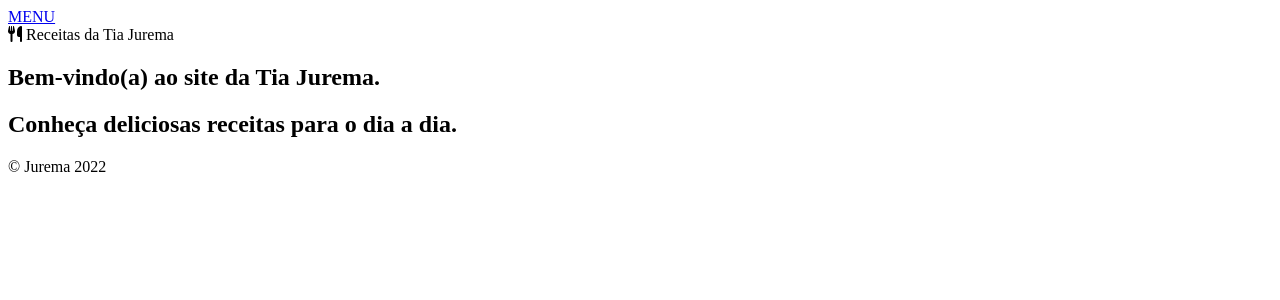
Repository: devropaes/RECEITAS
Page: OneDrive/Área de Trabalho/Estudos/Estácio/receitas/home.html
An editor plug-in stored every save of this project. The page is shown before and after the next save, followed by the edit.
The browser window is 1280 px wide. The pictures show the whole page.
Some web libraries are served in a nearby version.

Above is the page before, as saved 2024-03-11 20:43:49.

After the next save:
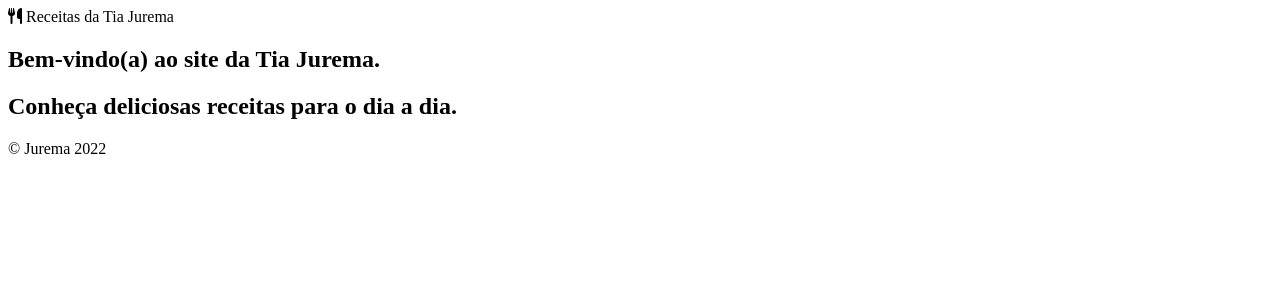
Saved 92 s later.
--- a/OneDrive/Área de Trabalho/Estudos/Estácio/receitas/home.html
+++ b/OneDrive/Área de Trabalho/Estudos/Estácio/receitas/home.html
@@ -7,12 +7,6 @@
     <meta name="viewport" content="width=device-width, initial-scale=1.0">
     <script src="https://kit.fontawesome.com/a076d05399.js" crossorigin="anonymous"></script>
     </head>
-
-    <header class="cabecalho">
-      <nav class="cabecalho__menu">
-          <a class="cabecalho__menu__link" href="index.html">MENU</a>
-      </nav>
-    </header>
 
     <main class="apresentacao">
         <i class="fas fa-utensils"></i>
